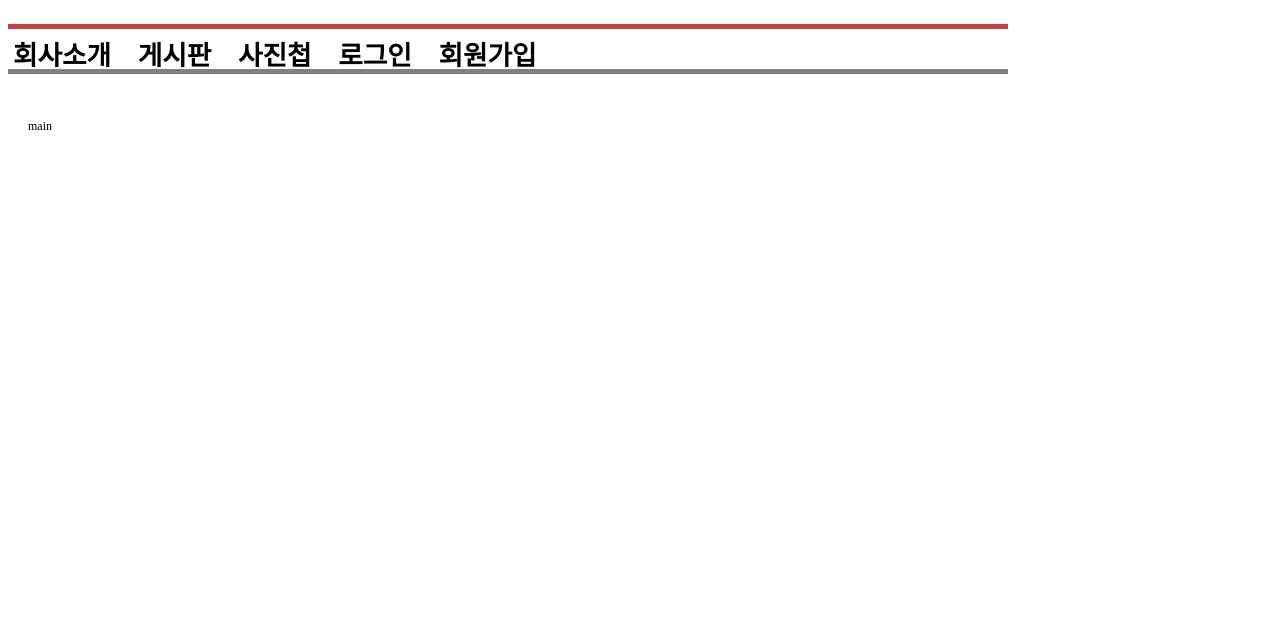
Repository: asaf0813/aisw
Page: java/이클립스/workspace/html/htmltest/WebContent/main.html
The author's editor kept a copy of each file at every save. The page is drawn from the files as they stood at one save, then again after the next save.
The browser window is 1280 px wide. The pictures show the part of the page from y = 158 to 777 px (the page is 777 px tall).

Above is the page before, as saved 2019-10-03 07:12:57.

### java/이클립스/workspace/html/htmltest/WebContent/main.html
<!doctype html>
<html lang="en">
	<head>
		<meta charset="UTF-8">
		<meta name="Generator" content="EditPlus®">
		<meta name="Author" content="">
		<meta name="Keywords" content="">
		<meta name="Description" content="">
		<title>main</title>
		<link href="./main.css" rel="stylesheet" type="text/css" >
		<style type="text/css">
		a { text-decoration:none }
		</style>

	</head>
	<body>
		<div class="header">
			<a href="./main.html">
			<img width="100%" height="150" src = "http://www.postech.ac.kr/wp-content/themes/postech/images/imgs/signature4.png", alt="" ></a>
		<div>
			<p style="margin-top:20px"></p>
		</div>


		<div class="topnavi_ds">
			<div class="topnavi">
				<a href="./intro/intro.html">회사소개</a> <a href="./board/list.html">게시판</a> <a href="./picture/list.html">사진첩</a> <a href="./member/login.html">로그인</a> <a href="./member/join.html">회원가입</a>
			</div>
		</div>

		<div class="divide"/>
		<div class="body"> main</div>
	</body>
</html>

### java/이클립스/workspace/html/htmltest/WebContent/main.css
.header a:hover{color:red;}
.header a{color:blue;}

.header{
	width:1000px;
	height:50px;
	float:left;
	font-size: 9pt;
}

.topnavi_ds{
	width:100%;
	height:5px;
	background-color:#CC3D3D;
	float:left;
}
.topnavi a:hover{color:green;}
.topnavi a{color:#000000;}

.topnavi{
	width:1000px; height:30px;
	float:left;
	margin-top:10px;
	margin-left:5px;
	font-size: 20pt;
	font-weight: bold;
	word-spacing:20px;
}

.divide{
	width:100%;
	height:5px;
	float:left;
	margin-top: 25px;
	background-color:gray;
	margin-top:40px;
}

.body{
	font-size: 9pt;
	margin-top:50px;
	margin-left:20px;
	width:1000px;
	height:500px;
	float:left;
}

After the next save:
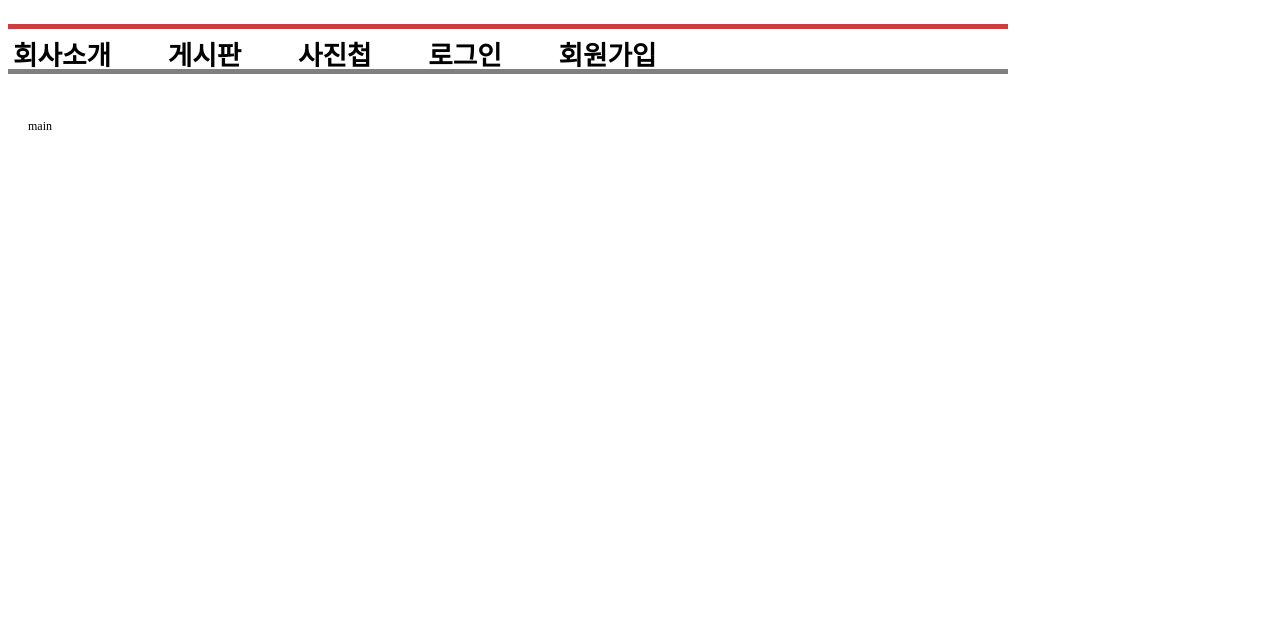
Saved 7 s later.
--- a/java/이클립스/workspace/html/htmltest/WebContent/main.css
+++ b/java/이클립스/workspace/html/htmltest/WebContent/main.css
@@ -24,7 +24,7 @@
 	margin-left:5px;
 	font-size: 20pt;
 	font-weight: bold;
-	word-spacing:20px;
+	word-spacing:50px;
 }
 
 .divide{
